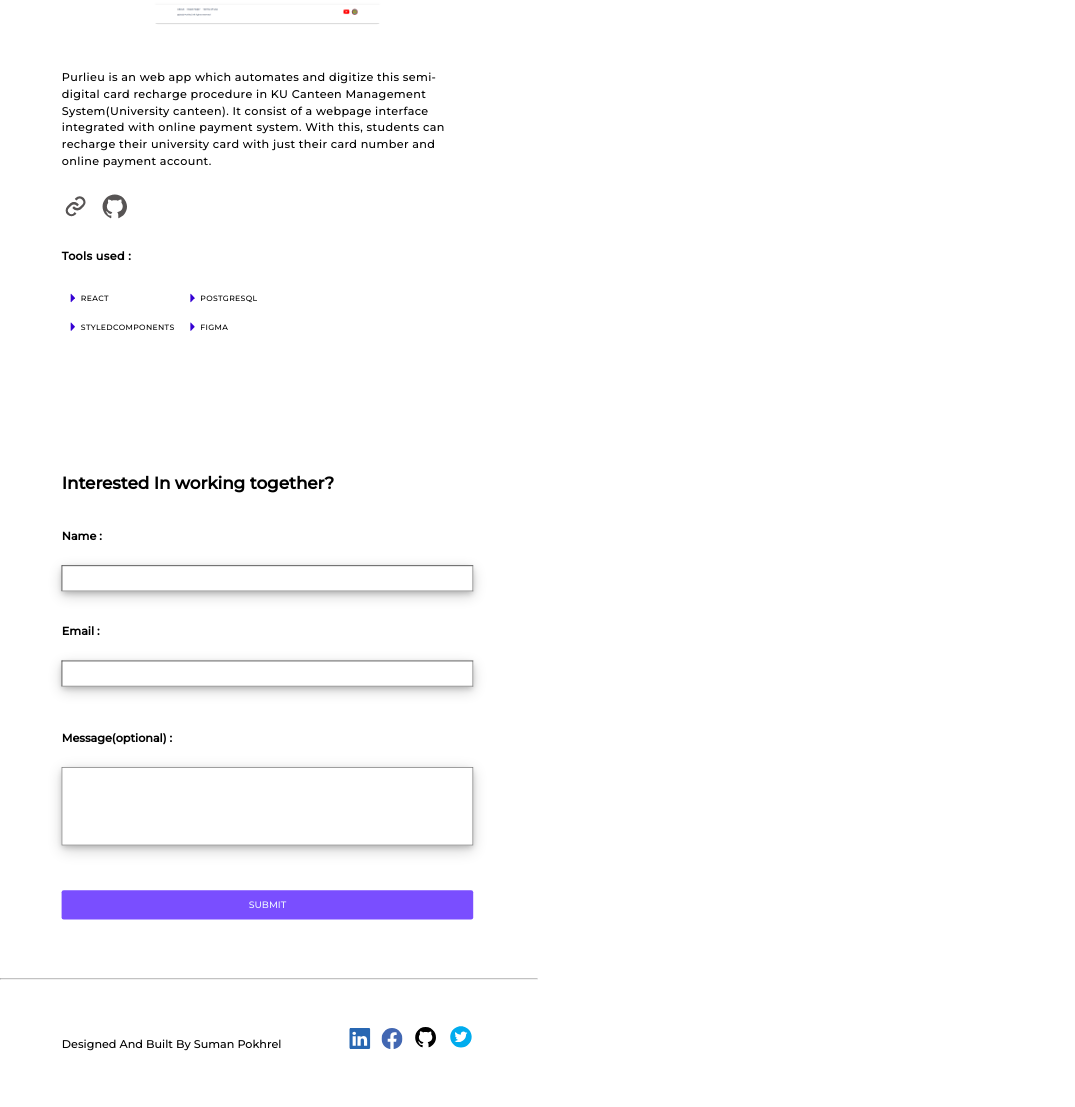
Repository: iamsumanp/portfolio
Page: /
The author's editor kept a copy of each file at every save. The page is drawn from the files as they stood at one save, then again after the next save.
The browser window is 768 px wide. The page is 1536 px wide, so the pictures cover 1536 px, including what lies to the right of the window. The pictures show the part of the page from y = 4334 to 5934 px (the page is 5915 px tall before and 5934 px after), at 70% of full size.
The project was rebuilt for these pictures with package versions that can differ from the ones it lists, and the page was loaded fresh each time.

Above is the page before, as saved 2022-07-11 15:20:57.

### public/index.html
<!DOCTYPE html>
<html lang="en">
  <head>
    <meta charset="utf-8" />
    <link rel="icon" href="%PUBLIC_URL%/favicon.ico" />
    <meta name="viewport" content="width=device-width, minimum-scale=1" />
    <meta name="theme-color" content="#000000" />
    <meta name="portfolio" content="mePortfolio" />
    <!-- <link rel="apple-touch-ion" href="%PUBLIC_URL%/logo192.png" /> -->

    <link rel="manifest" href="%PUBLIC_URL%/manifest.json" />
    <link rel="preconnect" href="https://fonts.googleapis.com" />
    <link rel="preconnect" href="https://fonts.gstatic.com" crossorigin />
    <link
      href="https://fonts.googleapis.com/css2?family=Montserrat:wght@500&display=swap"
      rel="stylesheet"
    />
    <title>Suman Pokharel</title>
  </head>
  <body>
    <div id="root"></div>
  </body>
</html>

### src/App.tsx
import "./App.css";
import { BrowserRouter as Router } from "react-router-dom";
import { NavBar } from "./Components/NavBar";
import "./styles/styles.css";
import { Hero } from "./Components/Hero";
import { AboutMe } from "./Components/AboutMe";
import { Projects } from "./Components/Projects";
import { Contact } from "./Components/Contact";
import { Footer } from "./Components/Footer";

function App() {
  return (
    <Router>
      <NavBar />
      <Hero />
      <AboutMe />
      <Projects />
      <Contact />
      <hr />
      <Footer />
    </Router>
  );
}

export default App;

### src/Components/NavBar.tsx
import { gsap } from "gsap";
import React, { useEffect, useRef, useState } from "react";
import { HashLink } from "react-router-hash-link";
const myLogo = require("../assets/logo.png");

export const NavBar = () => {
  const [active, setActive] = useState(false);

  const navRef = useRef<HTMLDivElement>(null);

  const q = gsap.utils.selector(navRef);

  const tl0: gsap.TimelineVars | undefined = useRef(null); // gsap.TimelineVars | undefined
  // const tl10: gsap.TimelineVars | undefined = useRef(null); // gsap.TimelineVars | undefined

  // const imgRef = useRef(null);

  const burgerClick = () => {
    setActive(!active);
  };

  useEffect(() => {
    // if (active === false) {
    //   tl10.current = gsap.timeline({ defaults: { duration: 1 } }).fromTo(
    //     q(".navUl"),
    //     {
    //       y: 5,
    //       opacity: 0,
    //     },
    //     {
    //       y: 0,
    //       opacity: 1,
    //       stagger: {
    //         each: 1,
    //       },
    //     }
    //   );
    // }

    tl0.current = gsap.timeline({ defaults: { duration: 1 } }).fromTo(
      q(".logoImg"),
      {
        opacity: 0,
      },
      {
        opacity: 1,
      }
    );
  });

  return (
    <nav className="navBar" ref={navRef}>
      <HashLink to="#heroSection" className="linkHash" smooth>
        <img
          src={myLogo}
          alt="SP"
          className="logoImg"
          onClick={active ? burgerClick : undefined}
          // ref={imgRef}
        />
      </HashLink>

      <ul className={active ? "navUl nav-active" : "navUl"}>
        <li className="navLinks" onClick={active ? burgerClick : undefined}>
          <HashLink to="#aboutMe" className="linkHash" smooth>
            About me
          </HashLink>
        </li>
        <li className="navLinks" onClick={active ? burgerClick : undefined}>
          <HashLink to="#projectSection" className="linkHash" smooth>
            Projects
          </HashLink>
        </li>
        <li className="navLinks" onClick={active ? burgerClick : undefined}>
          <HashLink to="#contact" className="linkHash" smooth>
            Contact
          </HashLink>
        </li>
        <li className="navLinks resume">Resume</li>
      </ul>
      <div className="burgerMenu" onClick={() => burgerClick()}>
        <div className={active ? "line1 toggle" : "line1"}></div>
        <div className={active ? "line2 toggle2" : "line2"}></div>
        <div className={active ? "line3 toggle3" : "line3"}></div>
      </div>
    </nav>
  );
};

### src/styles/styles.css
:root {
  --main-purple: #3500d3;
}

* {
  box-sizing: border-box;
  font-family: "Montserrat", sans-serif;
}

body {
  margin: 0;
  padding: 0;
}
@media (max-width: 900px) {
  body {
    overflow-x: hidden;
  }
}

.navBar {
  display: flex;
  flex-direction: row;
  justify-content: space-between;
  align-items: center;
  min-height: 5rem;
  font-weight: bolder;
  padding: 0.2% 14%;
}
@media (max-width: 1100px) {
  .navBar {
    margin-bottom: 5rem;
    overflow-x: hidden;
  }
}
.navBar .logoImg {
  height: 25px;
}
.navBar .navUl {
  list-style: none;
  display: flex;
  flex-direction: row;
}
@media (max-width: 900px) {
  .navBar .navUl {
    position: absolute;
    right: 0;
    top: 8vh;
    height: 100vh;
    background-color: rgb(255, 255, 255);
    flex-direction: column;
    width: 100%;
    z-index: 1;
    justify-content: space-evenly;
    transform: translateX(100%);
    transition: transform 0.4s ease-in;
  }
}
.navBar .nav-active {
  transform: translateX(0%);
}
.navBar .burgerMenu {
  display: none;
}
@media (max-width: 900px) {
  .navBar .burgerMenu {
    display: block;
    cursor: pointer;
  }
}
.navBar .burgerMenu .toggle {
  transform: rotate(-45deg) translate(-5px, 6px);
}
.navBar .burgerMenu .toggle2 {
  opacity: 0;
}
.navBar .burgerMenu .toggle3 {
  transform: rotate(45deg) translate(-5px, -6px);
}
.navBar .burgerMenu div {
  width: 25px;
  height: 3px;
  background-color: black;
  transition: transform 0.4s ease;
  margin: 5px;
}
.navBar .navLinks {
  padding: 0 40px;
  cursor: pointer;
  align-self: center;
  text-decoration: none;
}
.navBar .navLinks.resume {
  border: solid 1px var(--main-purple);
  color: var(--main-purple);
  padding: 9px 25px;
  border-radius: 5px;
}
.navBar .navLinks .linkHash {
  text-decoration: none;
  color: black;
}

.heroSection {
  overflow-x: hidden;
  height: 90vh;
  width: 80%;
  display: flex;
  flex-direction: row;
  align-items: center;
  margin: auto;
  padding: 0 2% 0 5%;
}
@media (max-width: 1100px) {
  .heroSection {
    flex-direction: column-reverse;
    justify-content: center;
    align-items: center;
  }
}
.heroSection .content {
  display: flex;
  flex-direction: column;
}
@media (max-width: 1100px) {
  .heroSection .content {
    margin-top: 5rem;
  }
}
.heroSection .content .h4text {
  color: var(--main-purple);
}
.heroSection .content .h1text {
  margin-top: 0;
  font-size: 2.5rem;
}
@media (max-width: 800px) {
  .heroSection .content .h1text {
    font-size: 2rem;
  }
}
.heroSection .content .h4text,
.heroSection .content .h2text {
  letter-spacing: 0.5px;
  margin-top: 0;
}
.heroSection .content .h2text {
  font-size: 1.8rem;
}
@media (max-width: 800px) {
  .heroSection .content .h2text {
    font-size: 1.35rem;
  }
}
.heroSection .content .h5text {
  width: 55%;
  line-height: 2;
  letter-spacing: 1px;
  margin-top: 10px;
  font-size: 0.9rem;
}
@media (max-width: 800px) {
  .heroSection .content .h5text {
    width: 100%;
  }
}
.heroSection .svgImgg {
  margin-left: auto;
  width: 22rem;
}
@media (max-width: 1100px) {
  .heroSection .svgImgg {
    margin-left: 0;
  }
}
@media (max-width: 800px) {
  .heroSection .svgImgg {
    width: 19rem;
  }
}

.aboutMeSection {
  width: 80%;
  margin: auto;
  display: flex;
  flex-direction: column;
  justify-content: center;
  padding: 7% 2% 10% 5%;
}
@media (max-width: 1100px) {
  .aboutMeSection {
    padding: 7rem 2% 10% 1.5%;
  }
}
.aboutMeSection .contentAndImage {
  display: flex;
  flex-direction: row;
}
@media (max-width: 1100px) {
  .aboutMeSection .contentAndImage {
    flex-direction: column-reverse;
    margin-top: 2rem;
  }
}
.aboutMeSection .h2textabout {
  margin-top: -3rem;
}
.aboutMeSection .aboutMeContent {
  display: flex;
  flex-direction: column;
  width: 60%;
}
@media (max-width: 1100px) {
  .aboutMeSection .aboutMeContent {
    width: 100%;
  }
}
.aboutMeSection .imgContainer {
  margin-left: auto;
  margin-top: 2rem;
  position: relative;
  height: 350px;
  width: 280px;
  border: solid 2px #7f58f7;
  border-radius: 5px;
}
@media (max-width: 1100px) {
  .aboutMeSection .imgContainer {
    margin-left: 0;
    align-self: center;
    margin-bottom: 2rem;
  }
}
@media (max-width: 800px) {
  .aboutMeSection .imgContainer {
    height: 300px;
    width: 240px;
  }
}
.aboutMeSection .imgContainer .imgProfile {
  height: 350px;
  position: absolute;
  right: 8px;
  top: -11px;
  border-radius: 5px;
}
@media (max-width: 800px) {
  .aboutMeSection .imgContainer .imgProfile {
    height: 300px;
  }
}
.aboutMeSection .spanText {
  font-weight: bold;
  margin-top: 2rem;
  line-height: 2;
  letter-spacing: 0.4px;
}
.aboutMeSection .spanText.tech {
  margin-top: 5rem;
}
.aboutMeSection .backEndFrontEndContainer {
  display: flex;
  flex-direction: row;
  margin-top: 4rem;
  justify-content: space-between;
}
@media (max-width: 1100px) {
  .aboutMeSection .backEndFrontEndContainer {
    flex-direction: column;
  }
}
.aboutMeSection .backEndFrontEndContainer .frontEndBox {
  box-shadow: 0 4px 8px 0 rgba(0, 0, 0, 0.2), 0 6px 20px 0 rgba(0, 0, 0, 0.19);
  padding: 2rem 2.5rem;
  display: flex;
  flex-direction: column;
  border-radius: 5px;
}
@media (max-width: 1100px) {
  .aboutMeSection .backEndFrontEndContainer .frontEndBox {
    padding: 1rem;
    margin-bottom: 3rem;
  }
}
.aboutMeSection .backEndFrontEndContainer .frontEndBox .spanTitle {
  align-self: center;
  text-transform: uppercase;
  font-weight: bold;
}

.frontEndTools,
.backEndBox {
  display: flex;
  flex-direction: row;
  margin-top: 1rem;
}
.frontEndTools .fnTools2,
.backEndBox .fnTools2 {
  margin-left: 3rem;
}
@media (max-width: 900px) {
  .frontEndTools .fnTools2,
.backEndBox .fnTools2 {
    margin-left: 0.1rem;
  }
}
.frontEndTools .fnTool,
.backEndBox .fnTool {
  display: flex;
  align-items: center;
  margin: 1.5rem 0.5rem;
}
.frontEndTools .fnTool .triangleRight,
.backEndBox .fnTool .triangleRight {
  color: var(--main-purple);
}

.techName {
  margin-left: 0.8rem;
  text-transform: uppercase;
  font-size: 15px;
}
@media (max-width: 900px) {
  .techName {
    font-size: 11px;
    margin-left: 0.2rem;
  }
}

.projectsSection {
  width: 80%;
  margin: auto;
  padding: 5% 2% 0 5%;
  display: flex;
  flex-direction: column;
}
@media (max-width: 1100px) {
  .projectsSection {
    padding: 7rem 2% 10% 1.5%;
  }
}
.projectsSection .Project1Container,
.projectsSection .Project3Container {
  display: flex;
  flex-direction: column;
}
.projectsSection .nameLabelLine {
  margin: 2rem 0;
  display: flex;
  flex-direction: row;
  align-items: center;
}
.projectsSection .nameLabelLine .vl {
  border-bottom: 1px solid gray;
  margin-top: 5px;
  height: inherit;
  width: 35%;
}
@media (max-width: 1100px) {
  .projectsSection .nameLabelLine .vl {
    width: 50%;
  }
}
.projectsSection .h2textabout {
  margin-top: -3rem;
}
.projectsSection .projectContentAndImage {
  display: flex;
  flex-direction: row;
  justify-content: space-between;
}
@media (max-width: 1100px) {
  .projectsSection .projectContentAndImage {
    flex-direction: column-reverse;
  }
}
.projectsSection .projectContentAndImage .hirestationImg {
  height: 15rem;
  border-radius: 5px;
  margin-left: auto;
}
@media (max-width: 1100px) {
  .projectsSection .projectContentAndImage .hirestationImg {
    margin-left: 0;
    align-self: center;
    margin: 2rem 0 4rem 0;
  }
}
@media (max-width: 800px) {
  .projectsSection .projectContentAndImage .hirestationImg {
    height: 10rem;
  }
}
.projectsSection .linksContainer {
  display: flex;
  align-items: center;
  margin: 2rem 0;
}

.projContent {
  width: 50%;
  line-height: 1.5;
  letter-spacing: 0.5px;
}
@media (max-width: 1100px) {
  .projContent {
    width: 100%;
  }
}

.projectLabel {
  font-weight: bold;
  margin-right: 1rem;
}

.Project2Container {
  display: flex;
  flex-direction: column;
  margin-top: 5rem;
  margin-bottom: 7.5rem;
}
.Project2Container .nameLabelLine2 {
  margin: 2rem 0;
  display: flex;
  flex-direction: row;
  justify-content: end;
}
.Project2Container .nameLabelLine2 .vl {
  border-bottom: 1px solid gray;
  margin-bottom: 5px;
  width: 35%;
  margin-right: 1rem;
}
@media (max-width: 1100px) {
  .Project2Container .nameLabelLine2 .vl {
    width: 50%;
  }
}
@media (max-width: 800px) {
  .Project2Container .nameLabelLine2 .vl {
    width: 40%;
  }
}

.projectContentAndImage1 {
  display: flex;
  flex-direction: row;
  justify-content: space-between;
}
@media (max-width: 1100px) {
  .projectContentAndImage1 {
    flex-direction: column;
  }
}
.projectContentAndImage1 .baathcheethImg {
  height: 15rem;
  border-radius: 5px;
  margin-right: auto;
  padding-right: 2rem;
}
@media (max-width: 1100px) {
  .projectContentAndImage1 .baathcheethImg {
    margin-right: 0;
    align-self: center;
    margin: 2rem 0 4rem 0;
  }
}
@media (max-width: 800px) {
  .projectContentAndImage1 .baathcheethImg {
    height: 10rem;
  }
}

.ContactSection {
  width: 80%;
  margin: auto;
  padding: 5% 2% 10% 5%;
  display: flex;
  flex-direction: column;
}
@media (max-width: 1100px) {
  .ContactSection {
    padding: 5rem 2% 10% 1.5%;
  }
}
.ContactSection .formContainer {
  margin-top: 2rem;
}
.ContactSection .nameAndEmailSection {
  display: flex;
  flex-direction: row;
  justify-content: space-between;
}
@media (max-width: 900px) {
  .ContactSection .nameAndEmailSection {
    flex-direction: column;
    width: 100%;
  }
}
.ContactSection .nameAndEmailSection .nameContainer {
  display: flex;
  flex-direction: column;
  width: 90%;
}
@media (max-width: 900px) {
  .ContactSection .nameAndEmailSection .nameContainer {
    width: 100%;
  }
}
.ContactSection .nameAndEmailSection .emailContainer {
  display: flex;
  flex-direction: column;
  width: 90%;
  margin-left: 5rem;
}
@media (max-width: 900px) {
  .ContactSection .nameAndEmailSection .emailContainer {
    margin-left: 0;
    margin-top: 3rem;
    width: 100%;
  }
}
.ContactSection .nameAndEmailSection .inputForm {
  box-shadow: 0 4px 8px 0 rgba(0, 0, 0, 0.2), 0 6px 20px 0 rgba(0, 0, 0, 0.19);
  padding: 0.6rem 0.4rem;
  width: 100%;
  border-width: 1px;
  outline: none;
}
.ContactSection .label {
  margin-bottom: 2rem;
  font-weight: bold;
}
.ContactSection .MessageContainer {
  display: flex;
  flex-direction: column;
  margin-top: 4rem;
}
.ContactSection .MessageContainer #messageArea {
  width: 46.5%;
  box-shadow: 0 4px 8px 0 rgba(0, 0, 0, 0.2), 0 6px 20px 0 rgba(0, 0, 0, 0.19);
  height: 7rem;
  resize: none;
  outline: none;
  padding: 0.5rem 0.4rem;
}
@media (max-width: 900px) {
  .ContactSection .MessageContainer #messageArea {
    width: 100%;
  }
}
.ContactSection .submitBtn {
  background-color: #7a4eff;
  border: none;
  color: aliceblue;
  padding: 0.8rem;
  margin-top: 4rem;
  width: 10rem;
  border-radius: 3px;
  cursor: pointer;
}
@media (max-width: 900px) {
  .ContactSection .submitBtn {
    width: 100%;
  }
}

.footerSection {
  width: 80%;
  margin: auto;
  padding: 3% 2% 4% 1.5%;
}
.footerSection .footerContainer {
  display: flex;
  flex-direction: row-reverse;
  justify-content: space-between;
  align-items: center;
}
@media (max-width: 900px) {
  .footerSection .footerContainer {
    align-items: center;
  }
}
.footerSection .socialMediaAndQuote {
  display: flex;
  justify-content: space-between;
  align-items: center;
  margin-bottom: 1rem;
}
@media (max-width: 900px) {
  .footerSection .socialMediaAndQuote {
    flex-direction: column;
  }
}
.footerSection .socialMediaAndQuote .icons {
  margin-left: 1rem;
}
@media (max-width: 900px) {
  .footerSection .socialMediaAndQuote .socialMedia {
    margin: 2rem 0;
  }
}

@media (max-width: 800px) {
  .spSpan {
    text-align: center;
  }
}/*# sourceMappingURL=styles_20220711152057.css.map */

### src/Components/Hero.tsx
import gsap from "gsap";
import { useEffect, useRef } from "react";
import SvgImg from "./IconComponent/SvgImg";

export const Hero = () => {
  const heroRef = useRef<HTMLDivElement>(null);
  const tl1: gsap.TimelineVars | undefined = useRef();
  const q = gsap.utils.selector(heroRef);
  useEffect(() => {
    tl1.current = gsap
      .timeline({
        defaults: {
          duration: 1,
        },
      })
      .fromTo(
        q(".content"),
        {
          y: 20,
          opacity: 0,
          // stagger: 0.4,
        },
        {
          y: 0,
          opacity: 1,
        }
      )
      .fromTo(
        q(".svgImgg"),
        { x: 20, opacity: 0 },
        { x: 0, opacity: 1 },
        "-=1"
      );
  });
  return (
    <div className="heroSection" id="heroSection" ref={heroRef}>
      <div className="content">
        <h4 className="h4text">Hi, My name is</h4>
        <h1 className="h1text">Suman Pokharel.</h1>
        <h2 className="h2text">I design and code web applications.</h2>
        <h5 className="h5text">
          I am a full stack web developer focused on bringing beautiful ideas
          into web apps and building experiences.
        </h5>
      </div>
      {/* <div className="svgImgg"> */}
      <SvgImg height={221} className="svgImgg" />
      {/* </div> */}
    </div>
  );
};

### src/Components/Contact.tsx
import gsap from "gsap";
import { ScrollTrigger } from "gsap/ScrollTrigger";
import { useEffect, useRef, useState } from "react";
gsap.registerPlugin(ScrollTrigger);

export const Contact = () => {
  const contactRef = useRef<HTMLDivElement>(null);
  const tline: gsap.TimelineVars | undefined = useRef();

  const q = gsap.utils.selector(contactRef);
  const [name, setName] = useState("");
  const [email, setEmail] = useState("");
  const [message, setMessage] = useState("");

  const submitHandler: React.FormEventHandler<HTMLFormElement> = (
    e: React.FormEvent<HTMLFormElement>
  ) => {
    e.preventDefault();

    setName("");
    setEmail("");
    setMessage("");
  };

  useEffect(() => {
    tline.current = gsap
      .timeline({
        defaults: { duration: 1 },
        scrollTrigger: {
          trigger: ".ContactSection",
          start: "-40 center",
          // toggleActions: "play none none reverse",
        },
      })
      .fromTo(
        q(".h2textabout"),
        { y: 10, opacity: 0 },
        {
          y: 0,
          opacity: 1,
          // duration: 2,
        }
      )
      .fromTo(
        q(".formContainer"),
        { y: 20, opacity: 0 },
        {
          y: 0,
          opacity: 1,
          // duration: 2,
        },
        "-=1"
      );
  });
  return (
    <div className="ContactSection" id="contact" ref={contactRef}>
      <h2 className="h2textabout">Interested In working together?</h2>
      <form className="formContainer" onSubmit={submitHandler}>
        <div className="nameAndEmailSection">
          <div className="nameContainer">
            <label htmlFor="Name" className="label">
              Name :
            </label>
            <input
              type="text"
              value={name}
              className="inputForm"
              onChange={(e) => setName(e.target.value)}
            />
          </div>
          <div className="emailContainer">
            <label htmlFor="Email" className="label">
              Email :
            </label>
            <input
              type="email"
              value={email}
              className="inputForm"
              onChange={(e) => setEmail(e.target.value)}
            />
          </div>
        </div>
        <div className="MessageContainer">
          <label htmlFor="Message" className="label">
            Message(optional) :
          </label>
          <textarea
            name="message"
            id="messageArea"
            // cols=30
            // rows=10
            value={message}
            onChange={(e) => setMessage(e.target.value)}
          ></textarea>
        </div>
        <button className="submitBtn" type="submit">
          SUBMIT
        </button>
      </form>
    </div>
  );
};

### src/Components/Footer.tsx
import React from "react";
import { AiFillGithub, AiFillTwitterCircle } from "react-icons/ai";
import { BsLinkedin, BsFacebook } from "react-icons/bs";

export const Footer = () => {
  return (
    <div className="footerSection">
      <div className="footerContainer">
        <div className="socialMediaAndQuote">
          {/* <span>aabc</span> */}
          <div className="socialMedia">
            <a
              href="https://www.linkedin.com/in/suman-pokharel-2a4b61206/"
              target="_blank"
              rel="noreferrer"
            >
              <BsLinkedin size={30} className="icons" fill="#2867B2" />
            </a>

            <a
              href="https://www.facebook.com/summan.pokharel/"
              target="_blank"
              rel="noreferrer"
            >
              <BsFacebook size={30} className="icons" fill="	#4267B2" />
            </a>
            <a
              href="https://github.com/iamsumanp"
              target="_blank"
              rel="noreferrer"
              style={{ color: "black" }}
            >
              <AiFillGithub size={34} className="icons" />
            </a>
            <a
              href="https://twitter.com/Itsmesuman2"
              target="_blank"
              rel="noreferrer"
            >
              <AiFillTwitterCircle size={35} className="icons" fill="#00acee" />
            </a>
          </div>
        </div>
        <span className="spSpan">Designed And Built By Suman Pokhrel</span>
      </div>
    </div>
  );
};

Loaded but not shown: src/index.tsx (common file); src/Components/IconComponent/SvgImg.tsx (791 lines, source omitted); src/Components/Projects.tsx (280 lines, source omitted); src/Components/AboutMe.tsx (185 lines, source omitted); src/App.css (no stored copy; drawn as an empty file)

After the next save:
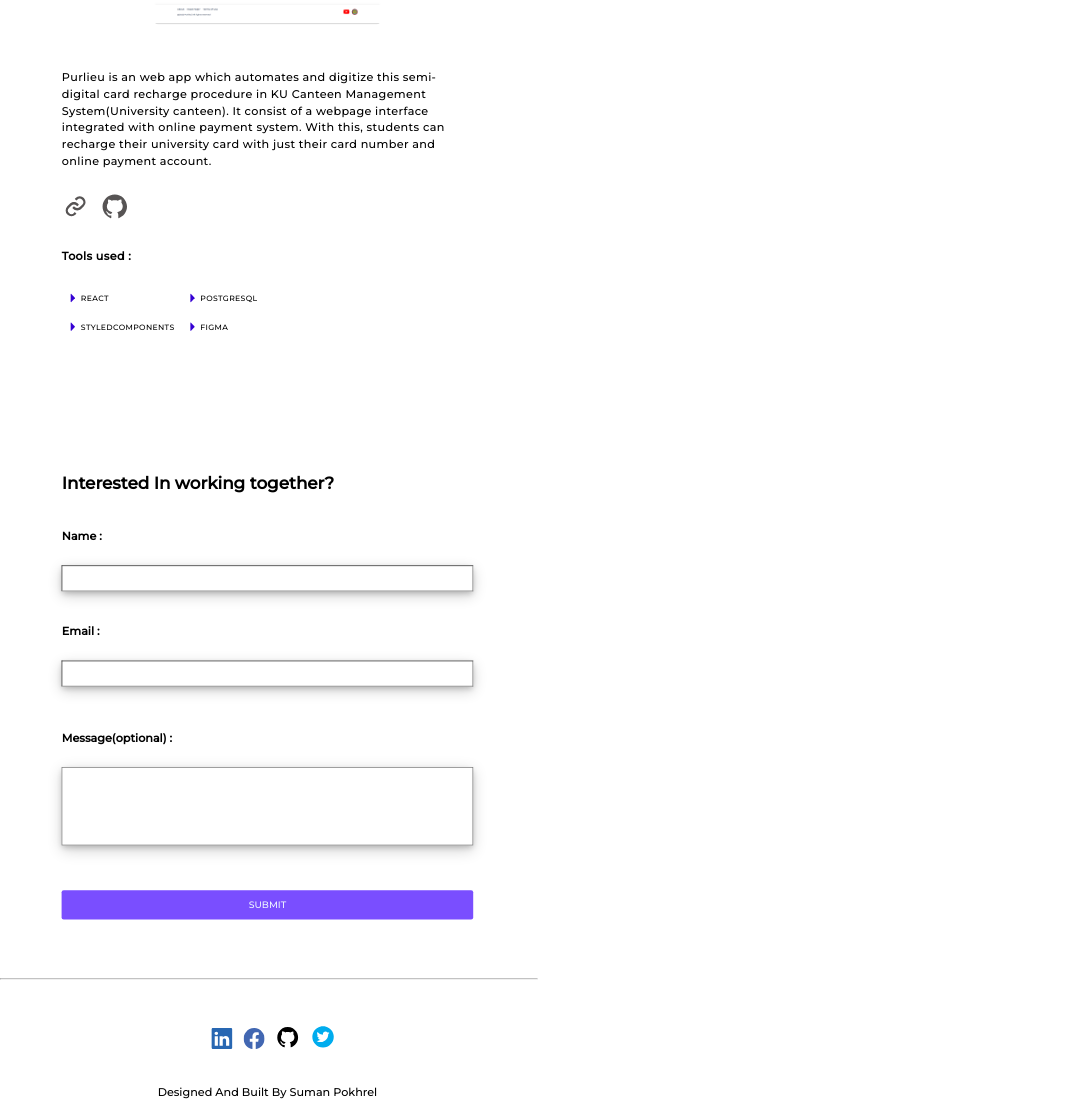
Saved 20 s later.
--- a/src/styles/styles.css
+++ b/src/styles/styles.css
@@ -571,9 +571,7 @@ body {
 }
 .footerSection .footerContainer {
   display: flex;
-  flex-direction: row-reverse;
-  justify-content: space-between;
-  align-items: center;
+  flex-direction: column;
 }
 @media (max-width: 900px) {
   .footerSection .footerContainer {
@@ -604,4 +602,4 @@ body {
   .spSpan {
     text-align: center;
   }
-}/*# sourceMappingURL=styles_20220711152057.css.map */
+}/*# sourceMappingURL=styles_20220711152117.css.map */
